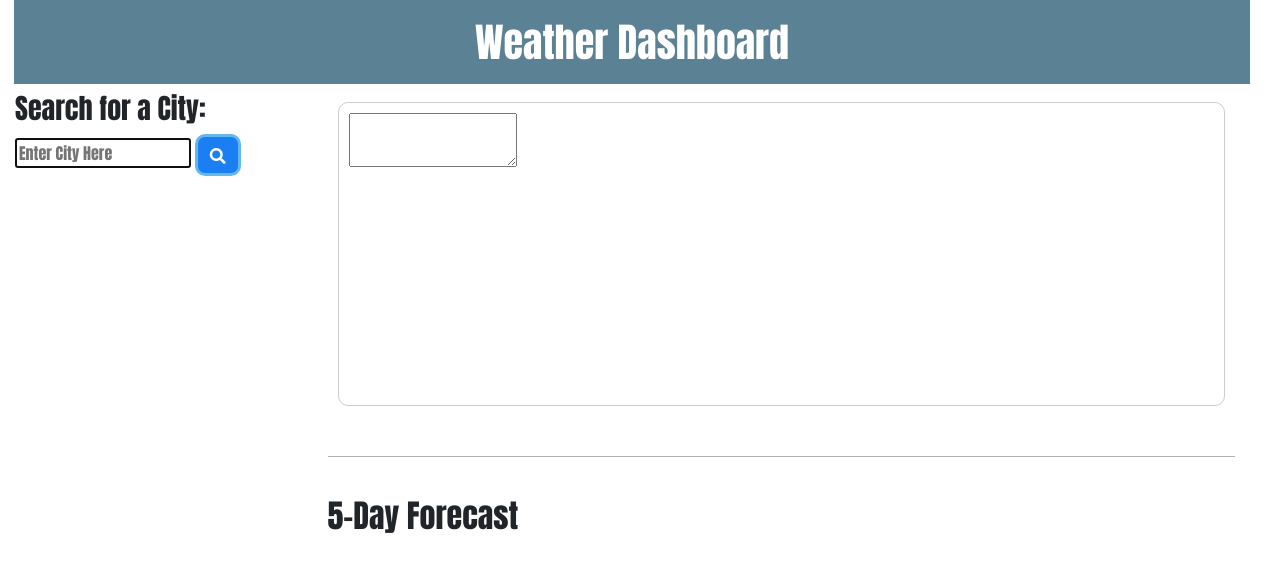
Repository: KHudaKoz/Weather-dashboard
Page: index.html
These files come from the project's save history. The page is drawn as it stood at one moment and after the next save; the edit follows.
The browser window is 1280 px wide. The pictures show the whole page.
Some web libraries are served in a nearby version.

Above is the page before, as saved 2021-01-31 19:18:47.

### index.html
<!DOCTYPE html>
<html lang="en">

<head>
    <meta charset="UTF-8">
    <meta name="viewport" content="width=device-width, initial-scale=1.0">
    <!-- external stylesheets start -->
    <link rel="stylesheet" href="https://stackpath.bootstrapcdn.com/bootstrap/4.3.1/css/bootstrap.min.css" />
    <link rel="stylesheet" href="https://use.fontawesome.com/releases/v5.8.1/css/all.css"
        integrity="sha384-50oBUHEmvpQ+1lW4y57PTFmhCaXp0ML5d60M1M7uH2+nqUivzIebhndOJK28anvf" crossorigin="anonymous" />
    <link href="https://fonts.googleapis.com/css?family=Open+Sans&display=swap" rel="stylesheet" />
    <!-- external stylesheets end -->
    <!-- local stylesheets start -->
    <link rel="stylesheet" href="assets\css\style.css" />
    <!-- local stylesheets end -->
    <title>Weather Dashboard</title>

</head>

<body class="flex-column min-100-vh">
    <header class="hero">
        <h1 class="dashboard-title">Weather Dashboard</h1>
    </header>

    <main class="container">
        <div class="row">
            <div class="col-3 col-md-3">
                <div class="card">
                    <h3 class="search-header">Search for a City:</h3>
                    <div id="search-form" class="search">
                        <input id="citySearch" class="city-search-input" type="text" autofocus="true" autocomplete="off"
                            placeholder="Enter City Here" />
                        <button id="search-button" class="btn searchBtn"><i
                                class="fas fa-search"></i></button>
                    </div>
                </div>
                <!-- HISTORY SEARCH LIST -->
                <div class="card"></div>
                <div id="select-city" class="city-selected">
                    <section id="button" class="fuckup"> </section>

                    <!-- list section to display city search history for user recall -->
                    <div id="history-area" class="history list">
                    </div>
                </div>
            </div>
               <div class="col-9 col-md-9">
            <div class="current-weather-container">
                <div id="current-weather"><textarea> </textarea></div>
                <div id="uv-display-styles"></div>
            </div>
            <br>
            <hr>
            <br>
            <h2>5-Day Forecast</h2>
            <div id="5day" class="row">

            </div>
        </div>
        </div>

    </main>
    <script src="https://code.jquery.com/jquery-3.5.1.min.js"></script>
    <script src="https://cdnjs.cloudflare.com/ajax/libs/moment.js/2.24.0/moment.min.js"></script>
    <script src="assets\js\script.js"></script>
</body>

</html>

### assets/css/style.css
:root {
    --primary-color: #5b8194;
    --secondary-color: #ffffff;
    --tertiary-color: #3b5475a6;
  }
*{
    box-sizing: border-box;
    font-family:Impact, Haettenschweiler, 'Arial Narrow Bold', sans-serif;
}


/* start of css */
.dashboard-title {
    background-color: var(--primary-color);
    color: white;
    text-align: center;
    padding: 18px;
    font-weight: lighter;
    margin-right: 30px;
    margin-left: 14px;

}
.container {
    display: flex;
    justify-content: space-between;
    max-width: 100%;
}
.col-sm-8 {
    padding-top: 10px;
}
.row {
    width: 100%;
}
.current-weather-container {
    display: flex;
    background-color: rgba(115, 197, 235, 0..125);
    height: 19rem;
    border: 1px solid rgba(7, 7, 7, 0.2);
    border-radius: 10px;
    margin: 10px;
    padding: 10px;
}

.search-box{
    border: none;
}
.card {
    border: none;
}

.card-header {
    padding: 5px 0px 5px 0px;
    border-bottom: none;
    font-size: 25px;
}

.btn {
    border: 1px solid var(--primary-color);
}
.searchBtn {
    background: rgb(25, 127, 243);
    color: white;
    border: 3px solid rgba(115, 197, 235, 0.829);
    border-radius: 10px;
}

hr {
    border-top: 1px solid black;
    opacity: 0.3;
}

#button {
    display: flex;
    flex-flow: column;
    max-width: 60%;
    background-color: rgba(7, 7, 7, 0.8);
}

.fave {
  background-color: seagreen;
  padding: .2cm;
  border-radius: .14cm;
  box-shadow: rgb(44, 46, 49);

}

.mode{
    background-color: yellow;
    padding: .2cm;
    border-radius: .14cm;
    box-shadow: rgb(44, 46, 49);
}

.seve {
   background-color: red;
   padding: .2cm;
    border-radius: .14cm;
    box-shadow: rgb(44, 46, 49);
}

### assets/js/script.js

//START OF GLOBAL VAR'S

//STORAGE ARRAY FOR SETTING and GETTING.
var cityHistory = []

//SET VAR SET CITYHISTORY STORAGE UNIVERSAL VARIBLE
var memorySet = function () {
    localStorage.setItem("cityHistory", JSON.stringify(cityHistory))
}


//SET VAR MY CITY RETRIEVE
var memoryLoad = function () {
    cityHistory = JSON.parse(localStorage.getItem("cityHistory")) || [];

}

function add(cityName) {
    var element = document.createElement("button");
    element.textContent = cityName;
    element.classList.add('historyChoice');
    element.id = "data-history";
    element.setAttribute('value', cityName),
        document.getElementById('button').appendChild(element);

    console.log(cityName)
}

function card(fiveDw) {
    var container = $('<div>');
    container.addClass("m-3 5para")
    //Date Ele Formating
    var dDate = new Date(fiveDw.dt * 1000);
    // Date specific by order.
    var date = $("<p>").text(dDate.getDay() + "/" + dDate.getMonth() + "/" + dDate.getUTCFullYear());
    var symbols = $('<img>').attr("src", "https://openweathermap.org/img/wn/" + fiveDw.weather[0].icon + ".png")
    var humidity = $("<p>").text(fiveDw.humidity)
    var temp = $("<p>").text(fiveDw.temp.day)
    container.append(date, symbols, temp, humidity)
    $('#5day').append(container)
    //console.log(fiveDw)

}

//FUNCTION FOR EVENT HANDLER LOCATED IN HTML

function myFunction(citySearch) {


    // let citySearch = document.querySelector('#citySearch').value;

    // BEGINNING OF API
    fetch(
        'http://api.openweathermap.org/data/2.5/weather?q=' + citySearch + '&units=Imperial&appid=80537c5878d1c4c5e4b0fb4912dedc85'
    )
        //PROMISE ONE HANDLING DATA RESPONSE
        .then(function (response) {
            return response.json();
        })
        //PROM TWO WORKING WITH DATA RECEIVED
        .then(function (data) {
            //VAR RETRIEVE

            var cityList = data.name;
            if (!data.name) {
                return;
            }
            //PREPPING FOR MEMORY STORAGE WITH VAR DUPLICATE BOLEAN STATEMENT T/F
            var duplicate = false;
            for (let i = 0; i < cityHistory.length; i++) {
                const element = cityHistory[i];

                if (element == cityList) {
                    duplicate = true;
                }

                //console.log(cityList);
            }
            if (!duplicate) {
                cityHistory.push(cityList);
                add(cityList);
                // SET TO STORGE WITH CITYLIST
                memorySet()
            }

            fetch('http://api.openweathermap.org/data/2.5/onecall?lat=' + data.coord.lat + '&lon=' + data.coord.lon + '&units=imperial&appid=80537c5878d1c4c5e4b0fb4912dedc85')

                .then(function (responseUv) {
                    return responseUv.json();
                })

                .then(function (data1) {
                    var uvPlease = data1.daily[0].uvi;
                    console.log(data1);
                    console.log(data);


                    // ADD VARS FOR DYNAMIC FOR MAIN TEMP
                    $("#current-weather").empty();
                    var mainDate = moment().format('L');
                    var cityNameEl = $("<h2>").text(data.name);
                    var dateDisplay = cityNameEl.append("  " + mainDate);
                    var symbols = $('<img>').attr("src", "https://openweathermap.org/img/wn/" + data1.current.weather[0].icon + ".png")
                    var tempEL = $("<p>").text("Tempature : " + data.main.temp + " °" + "F");
                    var humEl = $("<p>").text("Humidity :  " + data.main.humidity + " RH");
                    var windEl = $("<p>").text("Wind Speed :  " + data.wind.speed + "  Mph");
                    var UvEl = $("<texta>").text('UVI: ' + uvPlease);

                    // APPEND DYNAMIC MAIN TEMP
                    var newDiv = $('<div>');
                    newDiv.append(dateDisplay, symbols, tempEL, humEl, windEl, UvEl);
                    $("#current-weather").html(newDiv);


                    // BACKGROUND COLOR CHANGE USING FOR LOOP>

                        // LOW
                        if (uvPlease < 4) {
                            UvEl.addClass("fave")
                        }
                        // Mod
                        else if (uvPlease < 8) {
                            UvEl.addClass("mode")
                        }
                        // HIGh
                        else if (uvPlease < 15) {
                            UvEl.addClass("seve")
                        }




                    // PREVIOUS HISTORY DISPLAY LEFT SIDE DYNAMICALY CRETAT BUTTON


                    //document.getElementById("5day").innerHTML="";
                    $("#5day").empty();
                    for (var i = 1; i < 6; i++) {
                        card(data1.daily[i])

                    }


                });
        })

}


$(document).on("click", ".historyChoice", function (event) {
    var buttonCity = event.target
    var cityName = buttonCity.textContent;
    myFunction(cityName)
});


$('#search-button').on('click', function () {
    let citySearch = document.querySelector('#citySearch').value;
    myFunction(citySearch)
});


$(document).ready(function () {
    memoryLoad();
    for (let i = 0; i < cityHistory.length; i++) {
        const cityList = cityHistory[i];

        add(cityList)
    }


});


    // LOAD ON READY


   // var currentweather = data.weather[0].main;
// Create Functions for button

//function () {city


// fetch (
//      'http://api.openweathermap.org/data/2.5/uvi?lat=' + data.coord.lat + '&lon=' + data.coord.lon + '&units=imperial&appid=80537c5878d1c4c5e4b0fb4912dedc8')

//    .then (function(response) {
//     return response.json();
//    })

//    .then(function(dataUV) {

//    var data = data.value;
//    if(data.vaule >=0 ,2) {

//    }

//     console.log (value)

//    });

//    docume

//    if(!duplicate){
//     // storage.push(cityName);
//     // save();
//     // var city=document.createElement('li');
//     // city.setAttribute("class","list-group-item");
//     // city.setAttribute("value",cityName);
//     // city.textContent=cityName;
//     // listGroup.appendChild(city);

//     // listGroup.innerHTML="";
//     // for (let i = 0; i < memory.length; i++) {
//     // storage.push(memory[i])
//     // var city=document.createElement('li');
//     // city.setAttribute("class","list-group-item");
//     // city.setAttribute("value",memory[i]);
//     // city.textContent=memory[i];
//     // listGroup.appendChild(city);

//we need a var which is as function to retrive input from search term.

//var searchTerm =function () { var searchTerm = document.querySelector('#search-button').value };

//begin the fetch
    //step one we need to fetch the data (Fetch is the call){
        // 'url' + searchTerm + :='api key'
            // promise 1 which orignizing incomming
                // .then function (current-weather) {
                //return current-weather.json();
            // promise 2 which loads the data
                // .then function (current-weather) {
               //console.log(current-weather.data[0]);
//nested fetch for 5 day 3hr forcaste begins
    // 'url' + searchTerm + :='api key'
            // promise 1 which orignizing incomming
                // .then function (fiveday) {
                //return fiveday.json();
            // promise 2 which loads the data
                // .then function (fiveday) {
               //console.log(fiveday.data[0]);

    // to git appropreate response to the correct ontainer
           // var the correcto element name = documents.querySelector ('#idname", "3")
           // create functino of the storage and recall.


//going to need a var for conversion of timiture.
//going to meed a for loop for uv ray indexed
//going to need append icons with loop

After the next save:
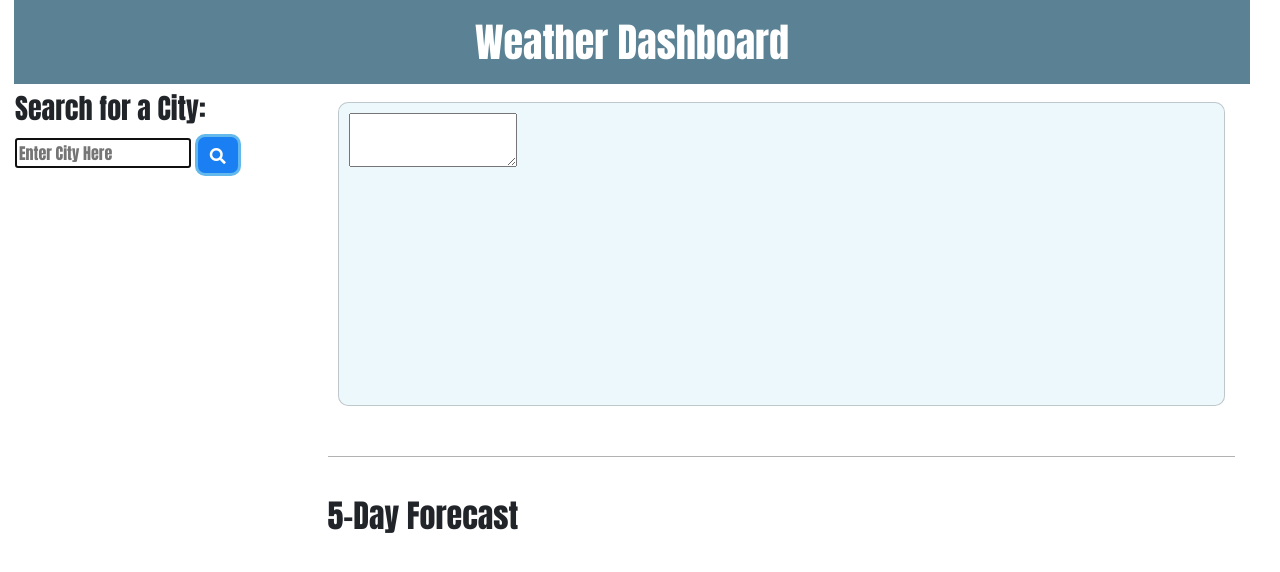
Saved 5 s later.
--- a/assets/css/style.css
+++ b/assets/css/style.css
@@ -33,7 +33,7 @@
 }
 .current-weather-container {
     display: flex;
-    background-color: rgba(115, 197, 235, 0..125);
+    background-color: rgba(115, 197, 235, 0.125);
     height: 19rem;
     border: 1px solid rgba(7, 7, 7, 0.2);
     border-radius: 10px;
